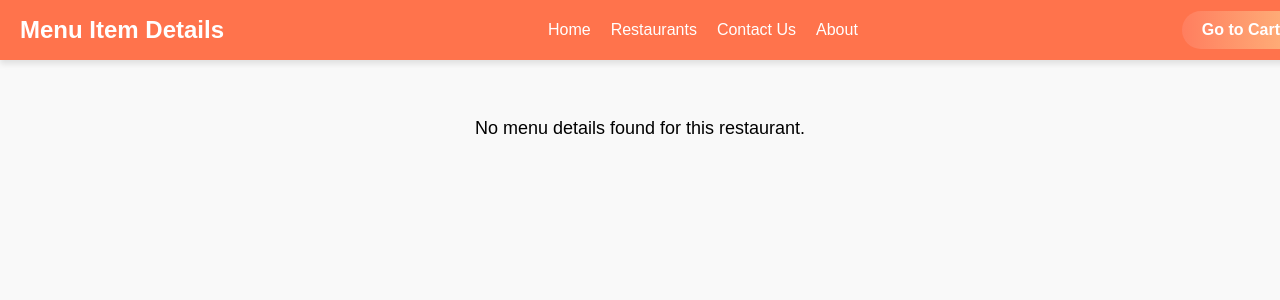
Repository: Sujith-B-S/Food-Application
Page: http://localhost/FoodApplication/menu.jsp
The author's editor kept a copy of each file at every save. The page is drawn from the files as they stood at one save, then again after the next save.
The browser window is 1280 px wide. The pictures show the whole page.
The page is served by Tomcat 9. The template is opened directly, without the code that normally fills it, so the values that code supplies are empty.

Above is the page before, as saved 2024-11-21 09:36:02.

After the next save:
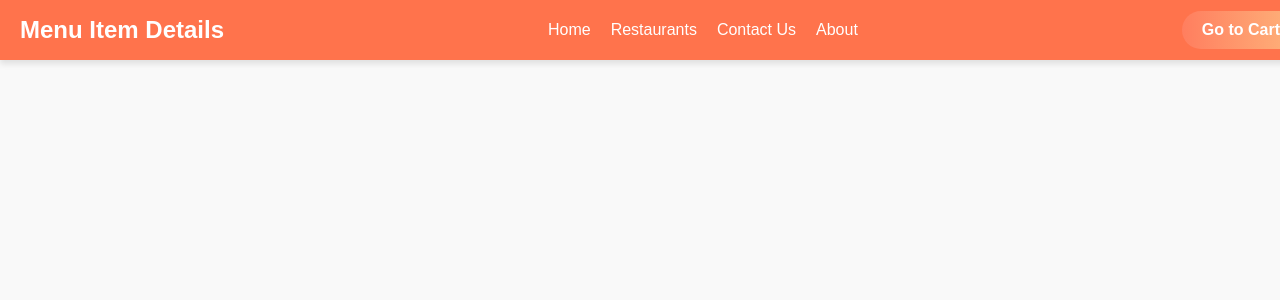
Saved 3 min 1 s later.
--- a/FoodApplication/src/main/webapp/menu.jsp
+++ b/FoodApplication/src/main/webapp/menu.jsp
@@ -66,64 +66,64 @@
         }
 
         /* Container and card styles */
-        .container {
-            margin-top: 80px;
-            padding: 20px;
-            display: grid;
-            grid-template-columns: repeat(auto-fit, minmax(250px, 1fr));
-            gap: 20px;
-        }
-
-        .card {
-            background: white;
-            border-radius: 10px;
-            box-shadow: 0 4px 8px rgba(0, 0, 0, 0.2);
-            overflow: hidden;
-            text-align: center;
-            transition: transform 0.3s ease;
-        }
-
-        .card img {
-            width: 100%;
-            height: 200px;
-            object-fit: cover;
-        }
-
-        .card-content {
-            padding: 15px;
-        }
-
-        .card-content h3 {
-            font-size: 18px;
-            margin-bottom: 10px;
-        }
-
-        .card-content p {
-            font-size: 14px;
-            margin: 5px 0;
-        }
-
-        .card-content select {
-            margin-top: 10px;
-            padding: 5px;
-            font-size: 14px;
-        }
-
-        .card-content button {
-            margin-top: 10px;
-            background-color: #FF734C;
-            color: white;
-            border: none;
-            padding: 10px;
-            font-size: 14px;
-            border-radius: 5px;
-            cursor: pointer;
-            transition: background-color 0.3s;
-        }
-
-        .card-content button:hover {
-            background-color: #ff3d00;
-        }
+       .container {
+    display: flex;
+    flex-wrap: wrap;
+    gap: 20px;
+    justify-content: center;
+    margin-top: 20px;
+}
+
+.card {
+    width: 250px; /* Fixed width for all cards */
+    height: 400px; /* Fixed height for all cards */
+    border: 1px solid #ccc;
+    border-radius: 8px;
+    overflow: hidden;
+    background-color: #f5f5f5;
+    box-shadow: 0 4px 8px rgba(0, 0, 0, 0.2);
+    text-align: center;
+    margin-bottom: 20px;
+    transition: transform 0.3s ease;
+}
+
+.card img {
+    width: 100%;
+    height: 200px; /* Consistent image height */
+    object-fit: cover;
+    border-radius: 8px 8px 0 0; /* Matches card border radius */
+}
+
+.card-content {
+    padding: 10px;
+    display: flex;
+    flex-direction: column;
+    justify-content: space-between; /* Adjust content spacing */
+    height: calc(100% - 200px); /* Ensures content fits within the fixed height */
+}
+
+.card-content h3 {
+    font-size: 1.1em;
+    margin: 10px 0;
+    font-weight: bold;
+    overflow: hidden;
+    text-overflow: ellipsis;
+    white-space: nowrap;
+}
+
+.card-content p {
+    margin: 5px 0;
+    font-size: 0.9em;
+    overflow: hidden;
+    text-overflow: ellipsis;
+    white-space: nowrap;
+}
+
+.card:hover {
+    transform: scale(1.05);
+    cursor: pointer;
+}
+
 
         /* Responsive adjustments */
         @media (max-width: 768px) {

After the save that followed:
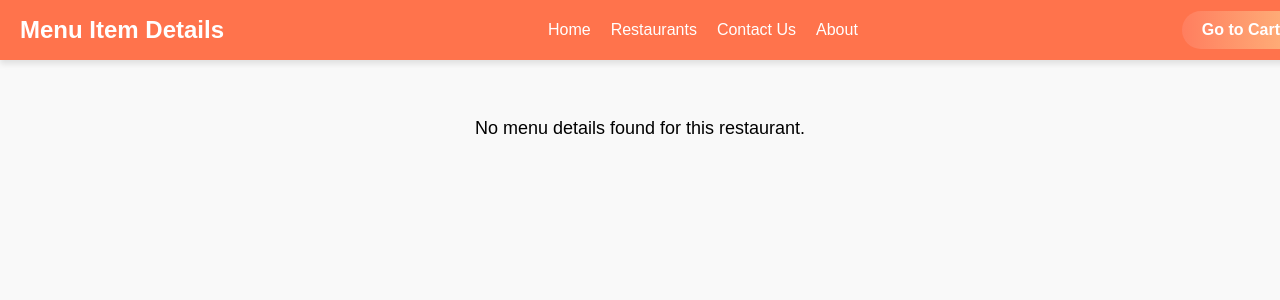
Saved 33 s later.
--- a/FoodApplication/src/main/webapp/menu.jsp
+++ b/FoodApplication/src/main/webapp/menu.jsp
@@ -66,7 +66,7 @@
         }
 
         /* Container and card styles */
-       .container {
+        .container {
     display: flex;
     flex-wrap: wrap;
     gap: 20px;
@@ -124,6 +124,64 @@
     cursor: pointer;
 }
 
+        .container {
+            margin-top: 80px;
+            padding: 20px;
+            display: grid;
+            grid-template-columns: repeat(auto-fit, minmax(250px, 1fr));
+            gap: 20px;
+        }
+
+        .card {
+            background: white;
+            border-radius: 10px;
+            box-shadow: 0 4px 8px rgba(0, 0, 0, 0.2);
+            overflow: hidden;
+            text-align: center;
+            transition: transform 0.3s ease;
+        }
+
+        .card img {
+            width: 100%;
+            height: 200px;
+            object-fit: cover;
+        }
+
+        .card-content {
+            padding: 15px;
+        }
+
+        .card-content h3 {
+            font-size: 18px;
+            margin-bottom: 10px;
+        }
+
+        .card-content p {
+            font-size: 14px;
+            margin: 5px 0;
+        }
+
+        .card-content select {
+            margin-top: 10px;
+            padding: 5px;
+            font-size: 14px;
+        }
+
+        .card-content button {
+            margin-top: 10px;
+            background-color: #FF734C;
+            color: white;
+            border: none;
+            padding: 10px;
+            font-size: 14px;
+            border-radius: 5px;
+            cursor: pointer;
+            transition: background-color 0.3s;
+        }
+
+        .card-content button:hover {
+            background-color: #ff3d00;
+        }
 
         /* Responsive adjustments */
         @media (max-width: 768px) {
